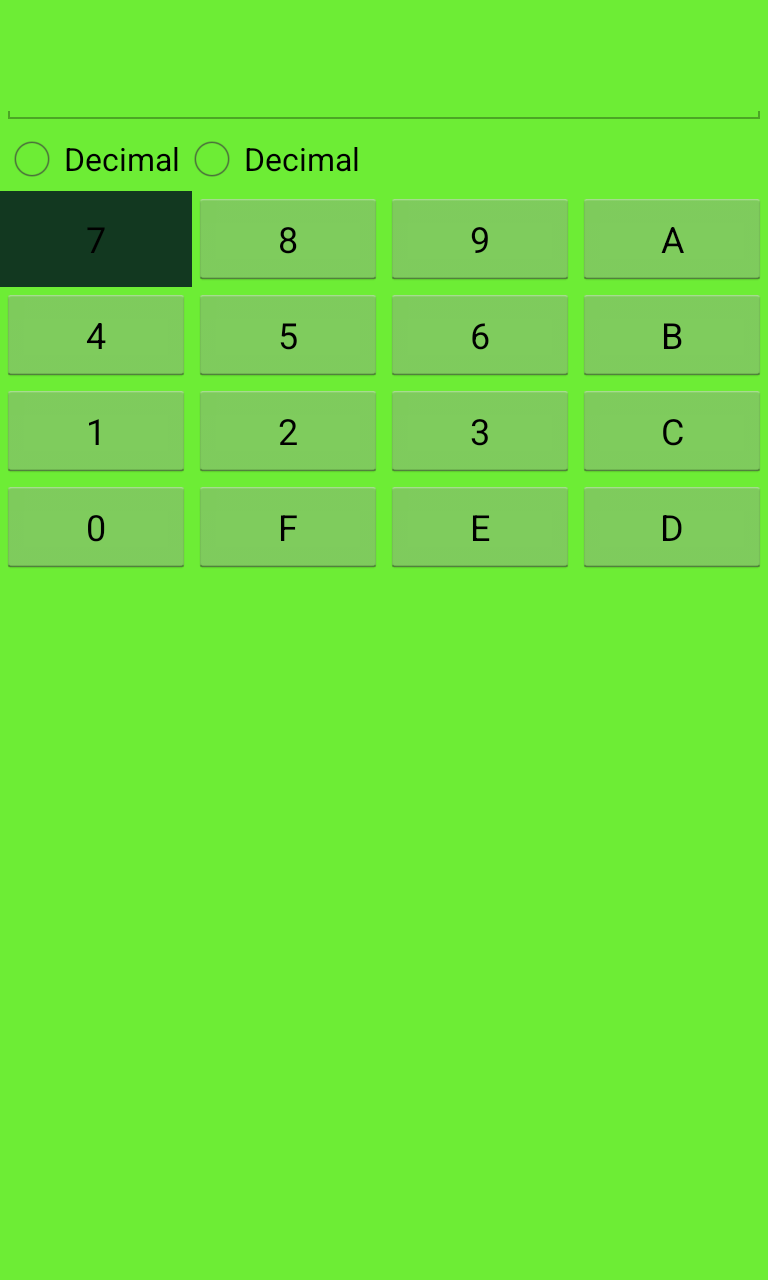
Repository: RamDion/BSIT_Calculator
Layout: CcsCalcu/res/layout/activity_calculator.xml
An editor plug-in stored every save of this project. The layout is shown before and after the next save, followed by the edit.
It is drawn on a 768 x 1280 px phone screen (xhdpi) without system bars, with theme AppTheme; the app's code is not run.

Above is the layout before, as saved 2014-09-04 05:23:32.

After the next save:
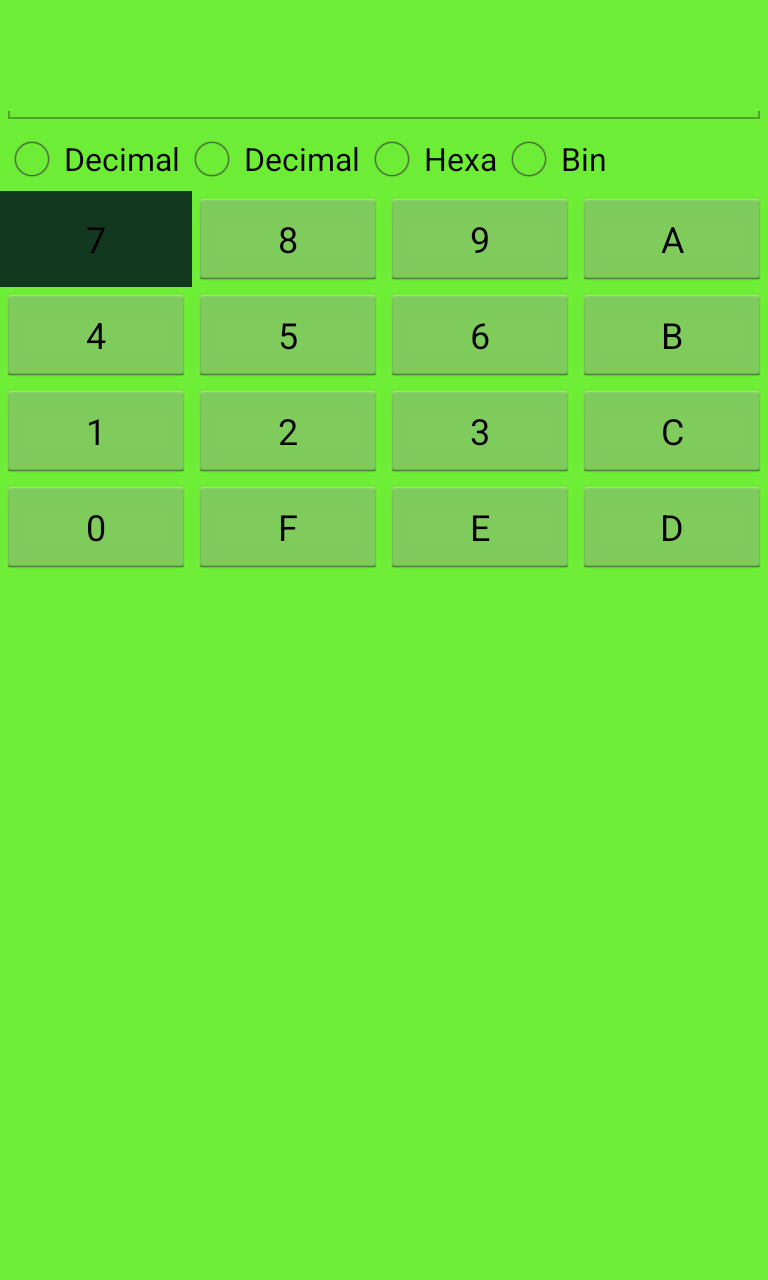
Saved 32 s later.
--- a/CcsCalcu/res/layout/activity_calculator.xml
+++ b/CcsCalcu/res/layout/activity_calculator.xml
@@ -43,6 +43,16 @@
              android:layout_width="wrap_content"
              android:layout_height="wrap_content"
              android:text="Decimal" />
+<RadioButton
+             android:id="@+id/radioButton2"
+             android:layout_width="wrap_content"
+             android:layout_height="wrap_content"
+             android:text="Hexa" />
+<RadioButton
+             android:id="@+id/radioButton3"
+             android:layout_width="wrap_content"
+             android:layout_height="wrap_content"
+             android:text="Bin" />
 
         </TableRow>
 
